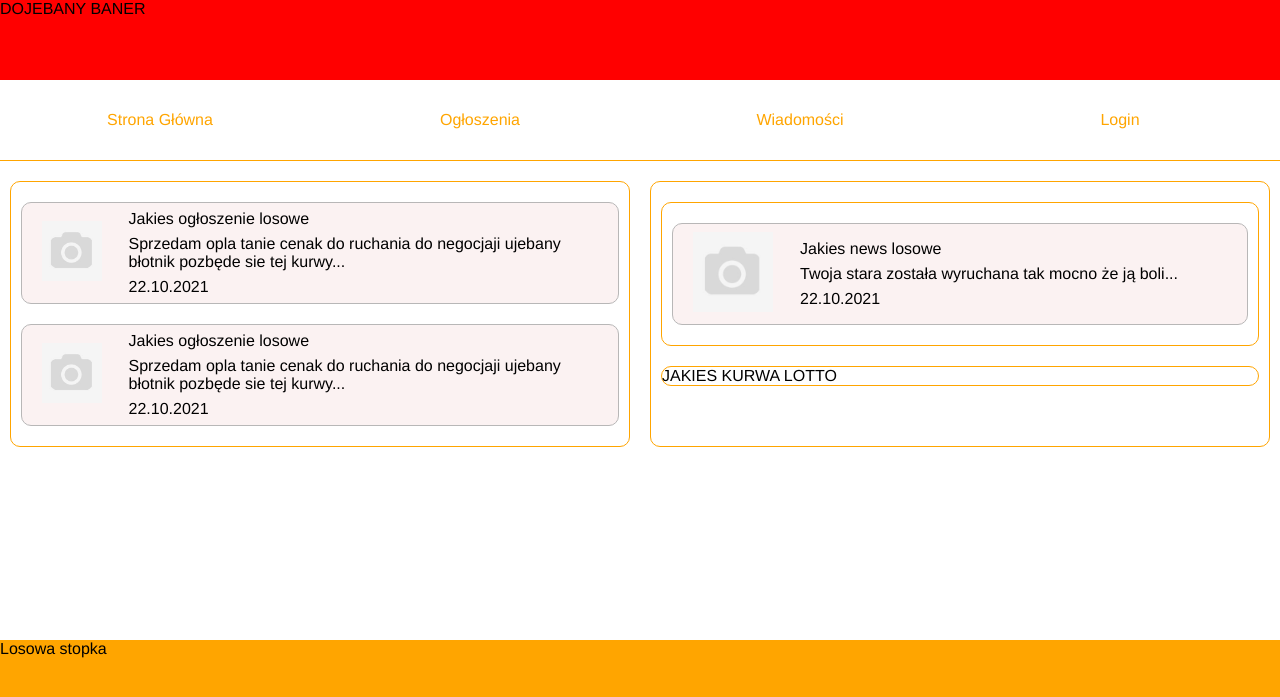
Repository: PatrykStawik/projectppz
Page: /
An editor plug-in stored every save of this project. The page is shown before and after the next save, followed by the edit.
The browser window is 1280 px wide. The pictures show the whole page.
The project was rebuilt for these pictures with package versions that can differ from the ones it lists, and the page was loaded fresh each time. The framework's server and built-in components were replaced by stand-ins that run in the browser.

Above is the page before, as saved 2021-05-22 14:15:28.

After the next save:
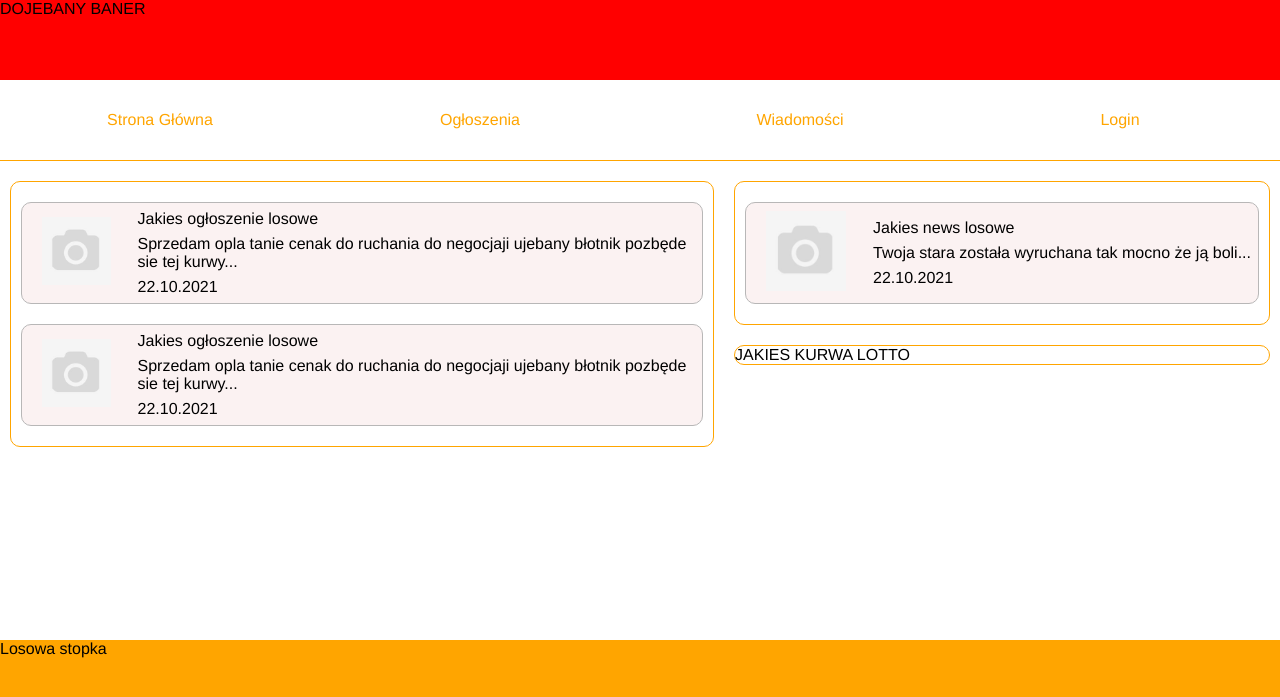
Saved 14 s later.
--- a/components/IndexPage/IndexPage.tsx
+++ b/components/IndexPage/IndexPage.tsx
@@ -31,7 +31,7 @@ export const IndexPage = () => {
           date="22.10.2021"
         />
       </div>
-      <div className="container">
+      <div className="">
         <div className="news container">
           <Bar
             title="Jakies news losowe"
